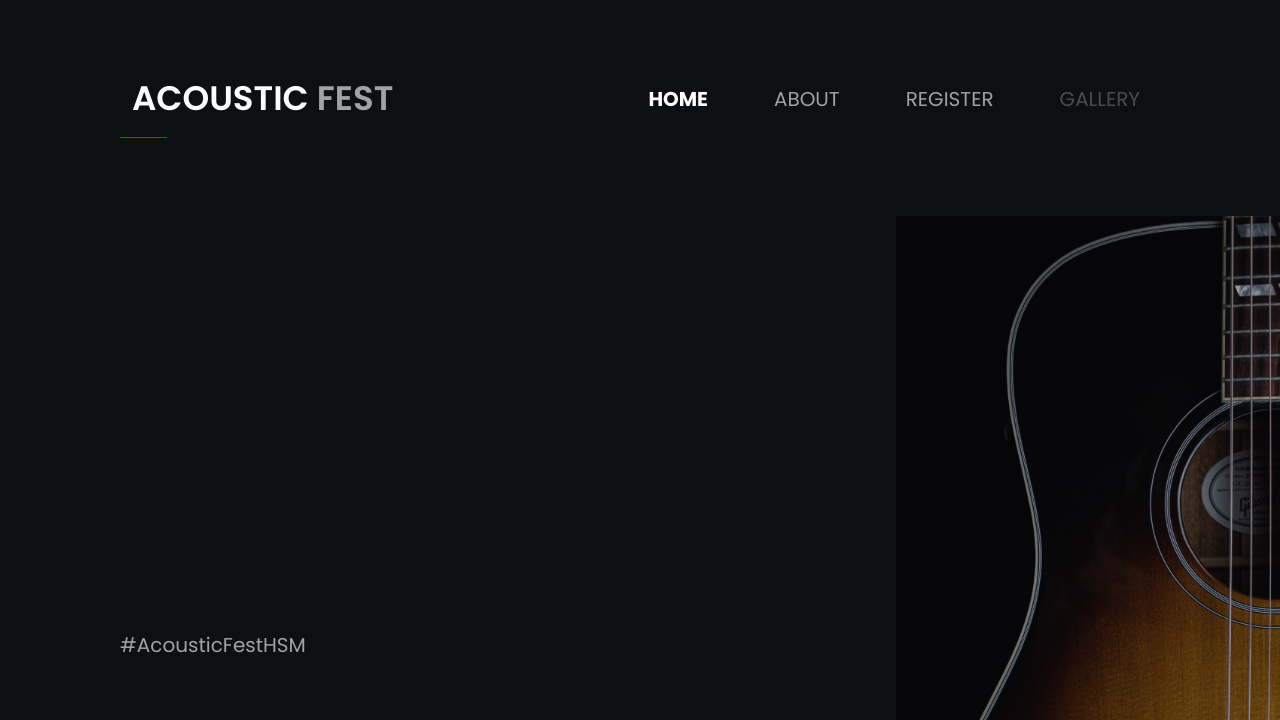
Repository: piyushiso/piyushiso.github.io
Page: event/acousticfest/index.html
An editor plug-in stored every save of this project. The page is shown before and after the next save, followed by the edit.
The browser window is 1280 px wide. The pictures show the whole page.
Some web fonts or font styles are not loaded; a fallback is used.

Above is the page before, as saved 2022-05-19 14:09:56.

After the next save:
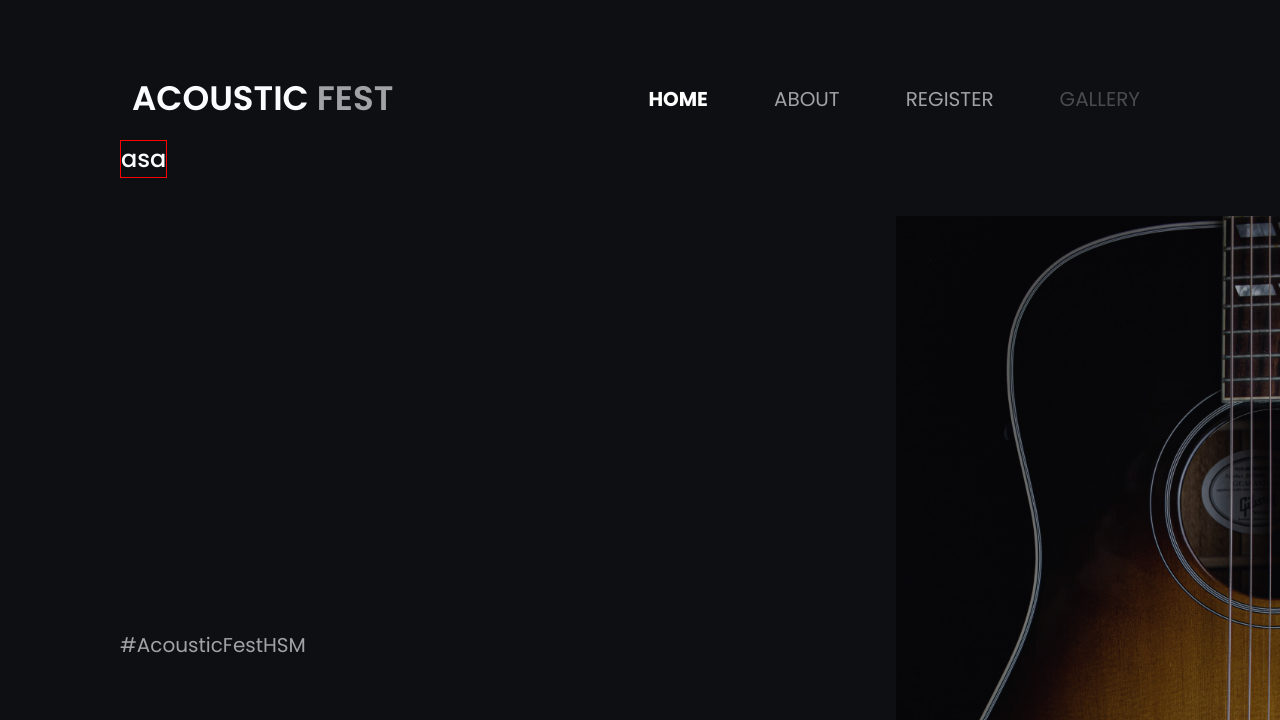
Saved 4 s later.
--- a/event/acousticfest/styles/style.css
+++ b/event/acousticfest/styles/style.css
@@ -86,7 +86,7 @@ nav{
     border: solid thin red;
     z-index: 3;
     position: absolute;
-    top: 100px;
+    top: 140px;
 }
 
 .hashtag{
